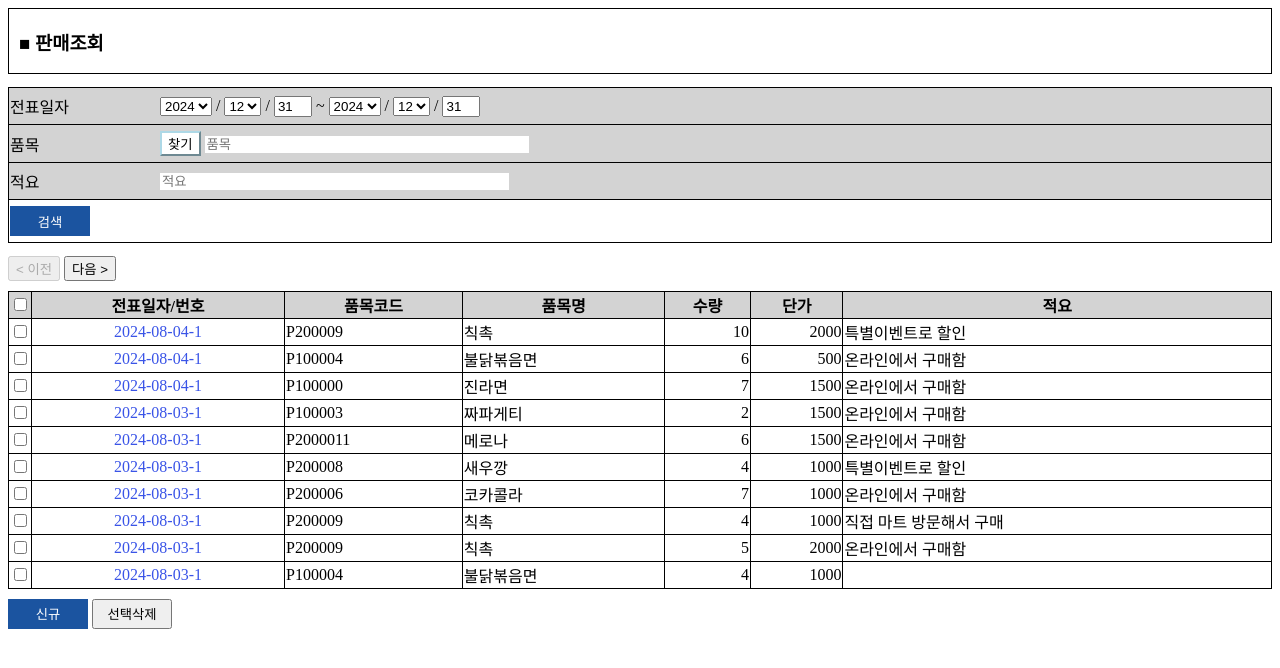
Repository: yoosb0328/js-project
Page: search.html
An editor plug-in stored every save of this project. The page is shown before and after the next save, followed by the edit.
The browser window is 1280 px wide. The pictures show the whole page.

Above is the page before, as saved 2024-08-05 16:34:36.

After the next save:
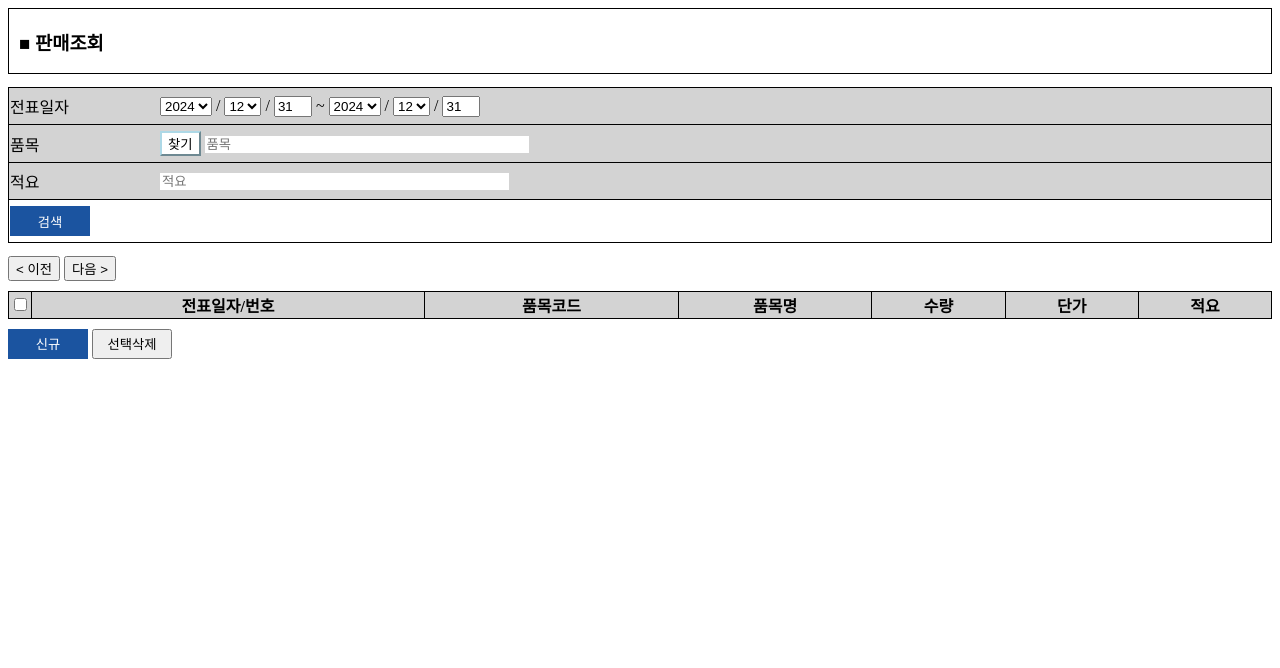
Console error: TypeError: Cannot set properties of null (setting 'innerHTML')
Saved 17 s later.
--- a/search.html
+++ b/search.html
@@ -136,7 +136,7 @@
                         </th>
                     </tr>
                 </thead>
-                <tbody id="sales-tbody" class="table-body">
+                <tbody id="common-tbody" class="table-body">
                 </tbody>
             </table>
         </div>

After the 2 saves that followed:
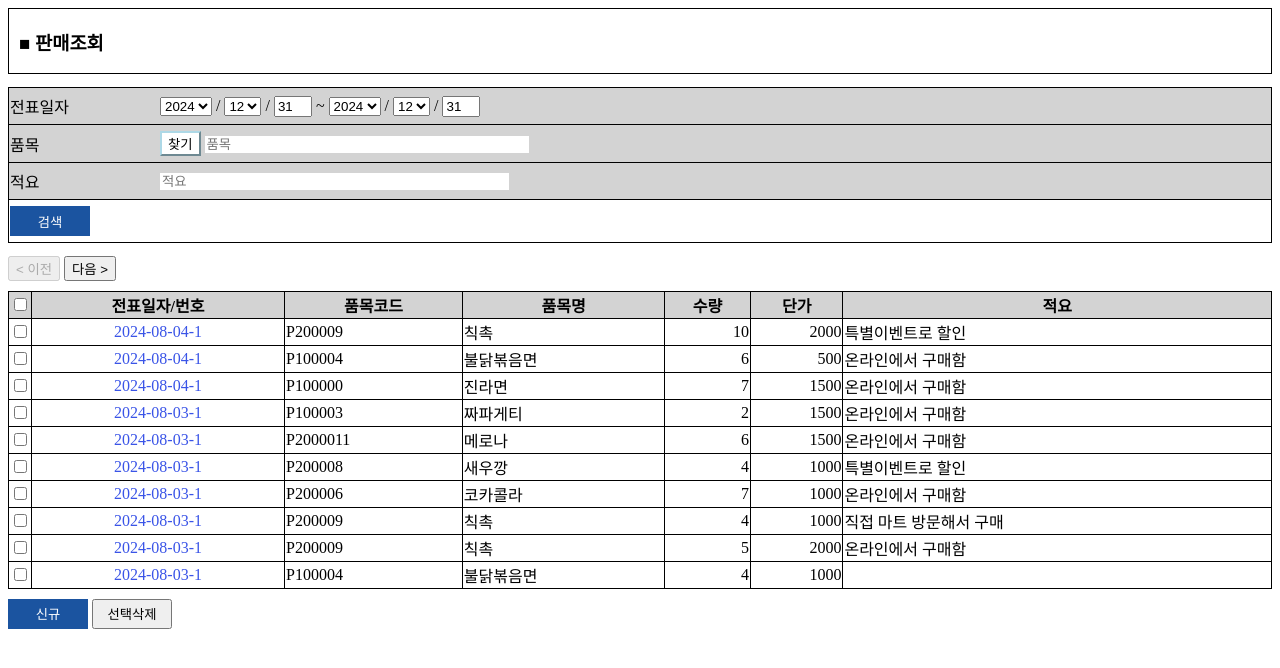
The error is gone.
The 2 saves are shown as one change because 1 left the picture as it was.
The last was saved 28 s later.
--- a/js/data/Category.js
+++ b/js/data/Category.js
@@ -38,7 +38,7 @@ export class CategoryRender {
         const endIndex = startIndex + this.itemsPerPage; //처음에는 10
         const currentCategories = this.categories.slice(startIndex, endIndex); //0~9까지 slice하게 됨.
 
-        const tbody = document.getElementById("category-tbody");
+        const tbody = document.getElementById("common-tbody");
 
         tbody.innerHTML = "";
 
--- a/js/data/Sale.js
+++ b/js/data/Sale.js
@@ -57,7 +57,7 @@ export class SaleRender {
         const endIndex = startIndex + this.itemsPerPage; //처음에는 10
         const currentSales = this.sales.slice(startIndex, endIndex); //0~9까지 slice하게 됨.
 
-        const tbody = document.getElementById("sales-tbody");
+        const tbody = document.getElementById("common-tbody");
 
         tbody.innerHTML = "";
 
